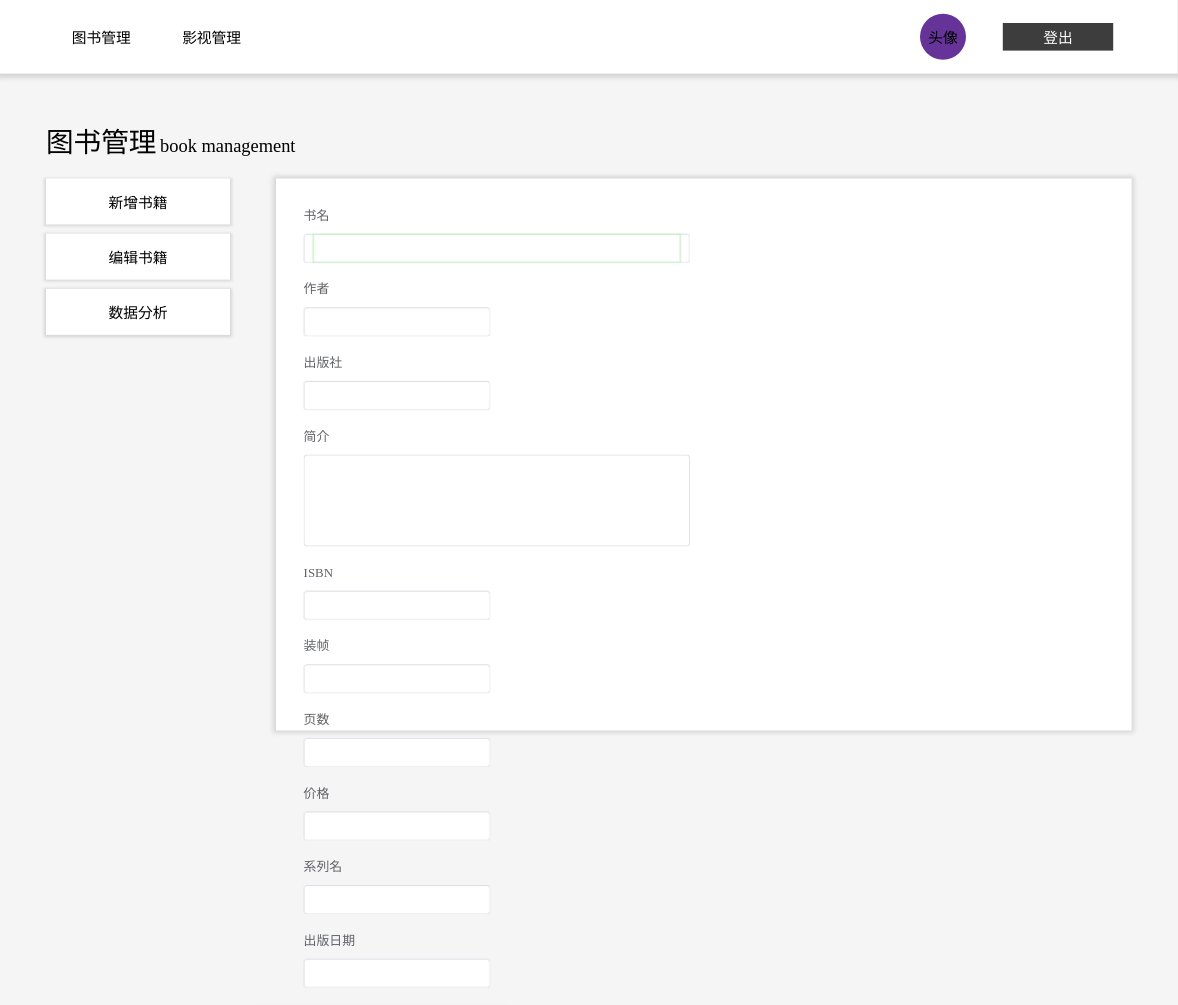
Repository: quanwangniuniu/Oasis-Reading-Platform
Page: /#/admin/books (app in Vue-frontend/)
The author's editor kept a copy of each file at every save. The page is drawn from the files as they stood at one save, then again after the next save.
The browser window is 1280 px wide. The pictures show the whole page, at 92% of full size.
The first visible `.el-input__inner` has the focus.
Some web fonts or font styles are not loaded; a fallback is used. The project was rebuilt for these pictures with package versions that can differ from the ones it lists, and the page was loaded fresh each time. Also part of the build but not shown: Vue-frontend/vite.config.js, Vue-frontend/src/components/Test.vue, Vue-frontend/src/components/user/books/BookCard.vue, Vue-frontend/src/components/axios/config.js, Vue-frontend/src/components/axios/api.js, Vue-frontend/src/components/user/books/Books.vue, Vue-frontend/src/components/user/movies/Favourites.vue, Vue-frontend/src/components/user/explore/Explore.vue and 10 more.

Above is the page before, as saved 2023-04-13 16:40:34.

### Vue-frontend/index.html
<!DOCTYPE html>
<html lang="en">
  <head>
    <meta charset="UTF-8">
    <meta name="viewport" content="width=device-width, initial-scale=1.0">
    <title>Vite App</title>
    <style>
      *{
        padding: 0px;
        margin: 0px;
      }

      body{
        background-color: rgb(245, 245, 245);
      }
    </style>
  </head>
  <body>
    <div id="app"></div>
    <script type="module" src="/src/main.js"></script>
  </body>
</html>

### Vue-frontend/src/main.js
import { createApp } from 'vue'
import ElementPlus from 'element-plus'
import 'element-plus/dist/index.css'
import App from './App.vue'
import router from './components/router/router'
import * as ElementPlusIconsVue from '@element-plus/icons-vue'
import './assets/font/font.css'
import './assets/css/element.css'

const app = createApp(App)
app.use(router)
app.use(ElementPlus)
app.mount('#app')
for (const [key, component] of Object.entries(ElementPlusIconsVue)) {
    app.component(key, component)
  }

### Vue-frontend/src/App.vue
<script setup>
import Test from './components/Test.vue';
</script>

<template>
  <div>
    <router-view></router-view>
  </div>
</template>

<style scoped>
</style>

### Vue-frontend/src/components/router/router.js
import {createRouter, createWebHashHistory} from 'vue-router'
import Books from '../user/books/Books.vue'
import Movies from '../user/movies/Favourites.vue'
import Explore from '../user/explore/Explore.vue'
import Login from '../user/login/Login.vue'
import SpecificBook from '../user/books/SpecificBook.vue'
import User from '../User.vue'
import Admin from '../Admin.vue'
import UserInfo from '../user/info/UserInfo.vue'
import BookSearch from '../user/books/BookSearch.vue'
import Transit from '../user/books/Transit.vue'
import BookManagement from '../admin/bookManagement/BookManagement.vue'
import MovieManagement from '../admin/movieManagement/MovieManagement.vue'

import {checkUser} from './utils.js'

const router = createRouter({
    history: createWebHashHistory(),
    routes:[
        {path:'/user', component: User, alias:['/'], children:[
            {path:'books', component: Books},
            {path:'search',name:'search', component: BookSearch},
            {path:'transit',name:'transit', component: Transit},
            {path:'books/:id', component: SpecificBook,beforeEnter: checkUser},
            {path:'movies', component: Movies},
            {path:'explore', component: Explore},
            {path:'login', component: Login},
            {path:'info', component: UserInfo, beforeEnter: checkUser},
        ]},
        {path:'/admin', component: Admin,children:[
            {path:'books', component: BookManagement},
            {path:'movies', component: MovieManagement}
        ]}
    ]
})

export default router

### Vue-frontend/src/assets/font/font.css

  @font-face {
    font-family: siyuansongti;
    src: url(./Source_Han_Serif_SC_Light_Light.otf);
    font-weight: normal;
    font-style: normal;
  }

### Vue-frontend/src/assets/css/element.css
.el-textarea__inner{
    resize: none;
    height: 100px;
}

.el-input__inner:focus{
    outline: 1px solid #AFECAB;
}

### Vue-frontend/src/components/Admin.vue
<script setup>
import BookManagementVue from './admin/bookManagement/BookManagement.vue';
import AdminHeader from './admin/header/AdminHeader.vue';
</script>

<template>
    <AdminHeader></AdminHeader>
    <router-view></router-view>
</template>

<style scoped>
</style>

### Vue-frontend/src/components/admin/bookManagement/BookManagement.vue
<script setup>
import LeftBar from './LeftBar.vue';
import {ref} from 'vue'


const bookItem = ref({
  title: '',
  author: '',
  publisher: '',
  ISBN: '',
  description: '',
  publish_year: '',
  page:'',
  binding: '',
  price:'',
  seriers:' '
})


</script>

<template>
  <div class="top-container">
    <div class="title">
      <span>图书管理</span>&nbsp;<span>book management</span>
    </div>
  </div>
  <div class="container">
      <LeftBar></LeftBar>
      <div class="panel">
        <div>
          <el-form
            label-position="top"
            label-width="100px"
            :model="formLabelAlign"
            style="max-width: 460px"
            :inline="true"
          >
            <el-form-item label="书名" style="width:420px">
              <el-input v-model="bookItem.title" />
            </el-form-item>
            <el-form-item label="作者">
              <el-input v-model="bookItem.author" />
            </el-form-item>
            <el-form-item label="出版社">
              <el-input v-model="bookItem.publisher" />
            </el-form-item>
            <el-form-item label="简介" style="width:420px">
                <el-input v-model="bookItem.description" type="textarea"/>
            </el-form-item>
            <el-form-item label="ISBN">
              <el-input v-model="bookItem.ISBN" />
            </el-form-item>
            <el-form-item label="装帧">
              <el-input v-model="bookItem.binding" />
            </el-form-item>
            <el-form-item label="页数">
              <el-input v-model="bookItem.page" />
            </el-form-item>
            <el-form-item label="价格">
              <el-input v-model="bookItem.price" />
            </el-form-item>
            <el-form-item label="系列名">
              <el-input v-model="bookItem.price" />
            </el-form-item>
            <el-form-item label="出版日期">
              <el-input v-model="bookItem.price" />
            </el-form-item>
          </el-form>
        </div>
      </div>
  </div>

</template>

<style scoped>
.top-container{
  margin: 50px 50px 0px 50px;
  display: flex;
  justify-content: space-between;
}

.title{
  width: 400px;
  font-family: siyuansongti;
}
.container{
  display: flex;
  margin: 20px 50px 0px 50px
}

.title span:nth-child(1){
  font-size: 30px;
}
.title span:nth-child(2){
  font-size: 20px;
}

.panel{
  box-sizing: border-box;
  flex: 1;
  height: 600px;
  background-color: white;
  box-shadow: 0 0 5px 3px rgb(214, 214, 214);
  padding: 30px;
}

</style>

### Vue-frontend/src/components/router/utils.js
export const checkUser = (from, to, next) => {
    if(localStorage.getItem('token') === null){
        next('/login')
    }else{
        next()
    }
}

### Vue-frontend/src/components/admin/header/AdminHeader.vue
<script setup>

let logout = () =>{
    localStorage.clear('token')
    localStorage.clear('type')
}

</script>

<template>
    <div>
        <div class="container">
            <div class="left">
                <div class="nav"><router-link to="/admin/books">图书管理</router-link></div>
                <div class="nav"><router-link to="/admin/movies">影视管理</router-link></div>
            </div>

            <div class="right">
                <div class="nav avata"><router-link to="/info">头像</router-link></div>
                <div class="nav login"><router-link to="/explore" @click="logout">登出</router-link></div>
            </div>

        </div>
    </div>

</template>

<style scoped>
.container{
    height: 80px;
    background-color: white;
    /* 边框模糊效果 */
    box-shadow: 0 0 5px 5px rgb(214, 214, 214);
    /* 开启flex布局 */
    display: flex;
    /* 设置元素靠右排列 */
    justify-content: space-between;
    /* 设置元素垂直居中 */
    align-items: center;
}

.left{
    display: flex;
    /* 设置元素垂直居中 */
    align-items: center;
    padding-left: 50px;
}

.right{
    display: flex;
    /* 设置元素垂直居中 */
    align-items: center;
    padding-right: 50px;
}

.nav{
    width: 80px;
    height: 30px;
    margin-left: 20px;
    margin-right: 20px;
    /* 设置nav内部a标签水平居中 */
    text-align: center;
    /* 开启flex局部 */
    display: flex;
    /* 设置nav内部a标签垂直居中 */
    align-items: center;
}

.nav a{
    width: 80px;
    /* 清除a标签默认样式 */
    text-decoration: none;
    color: black;

}

.login{
    width: 120px;
    background-color: rgb(61, 61, 61);
}

.login a{
    width: 1200px;
    color: white;
}

.avata{
    width: 50px;
    height: 50px;
    border-radius: 50%;
    background-color: rebeccapurple;
}


</style>

### Vue-frontend/src/components/admin/bookManagement/LeftBar.vue
<script setup>

</script>

<template>
    <div class="leftbar-container">
        <div class="card">
            新增书籍
        </div>
        <div class="card">
            编辑书籍
        </div>
        <div class="card">
            数据分析
        </div>
    </div>

</template>

<style scoped>
.leftbar-container{
    width: 250px;
    height: 600px;
}

.card{
    width: 200px;
    height: 50px;
    background: white;
    /* 设置卡片阴影 */
    box-shadow: 0px 1px 3px 2px rgb(214, 214, 214);
    /* 开启flex布局 文字水平垂直居中 */
    display: flex;
    justify-content: center;
    align-items:center;
    margin-bottom: 10px;
}

.card:hover{
    transform:scale(1.1);
}
</style>

After the next save:
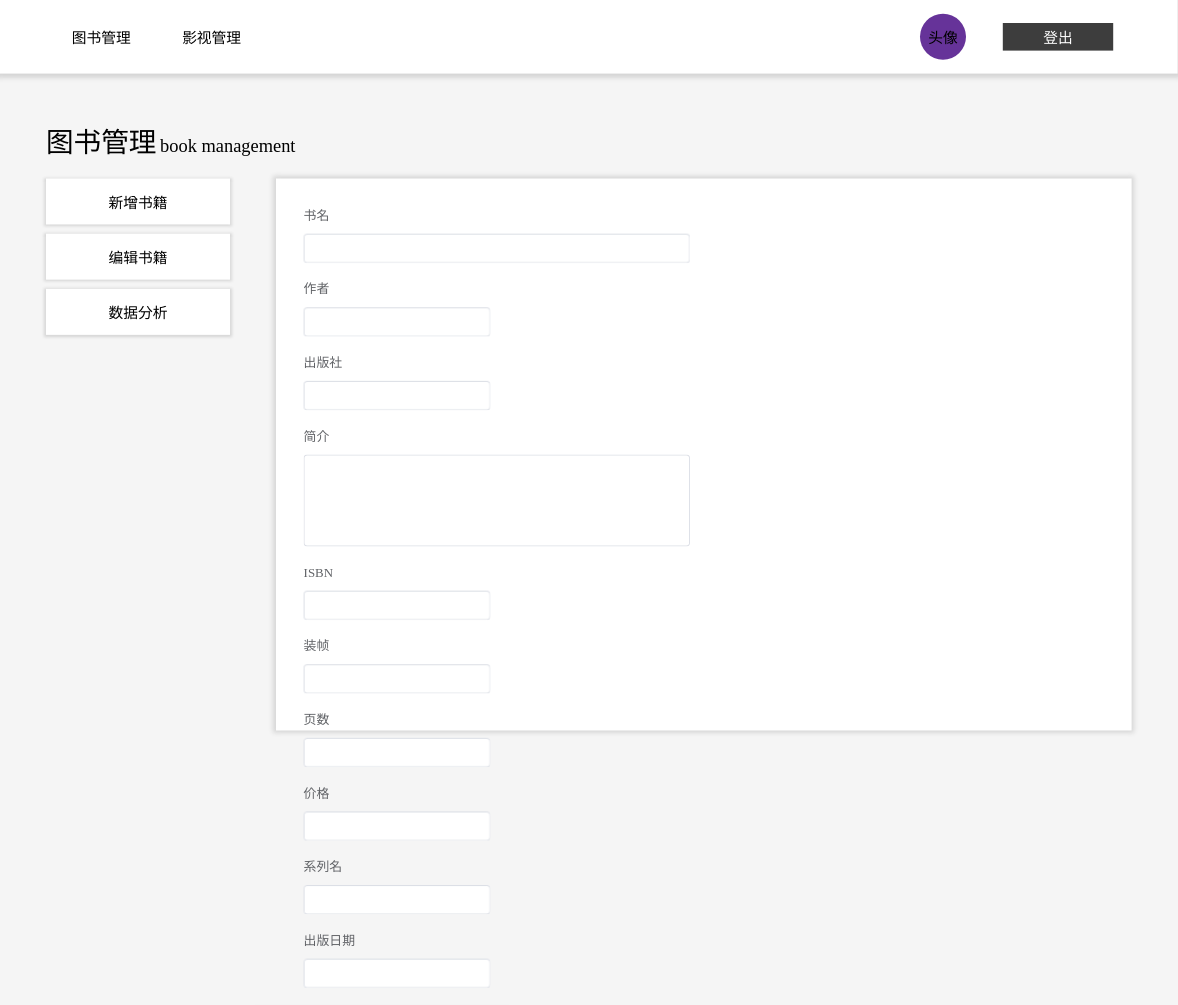
Saved 117 s later.
--- a/Vue-frontend/src/assets/css/element.css
+++ b/Vue-frontend/src/assets/css/element.css
@@ -2,7 +2,3 @@
     resize: none;
     height: 100px;
 }
-
-.el-input__inner:focus{
-    outline: 1px solid #AFECAB;
-}
